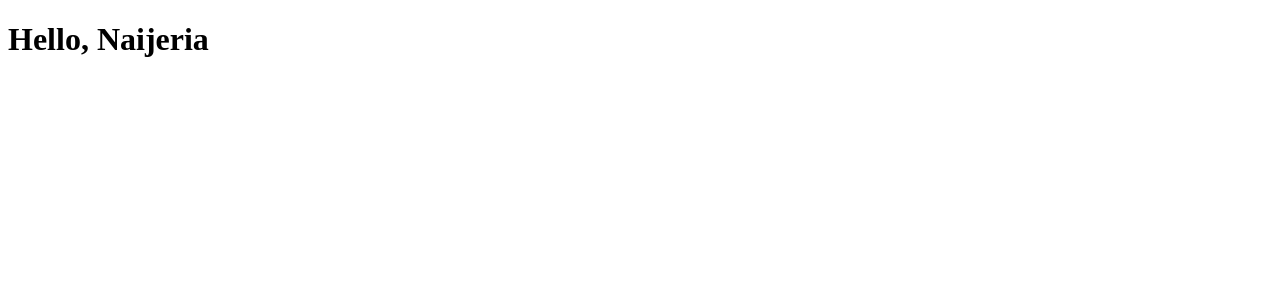
Repository: nashthecoder/vuebasics
Page: components-data.html
These files come from the project's save history. The page is drawn as it stood at one moment and after the next save; the edit follows.
The browser window is 1280 px wide. The pictures show the whole page.

Above is the page before, as saved 2021-01-06 10:57:52.

After the next save:
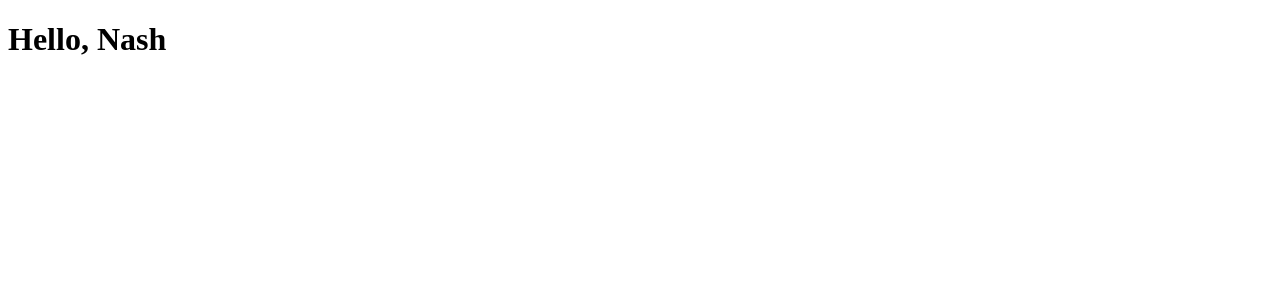
Saved 16 s later.
--- a/components-data.html
+++ b/components-data.html
@@ -21,7 +21,7 @@
     `,
    data() {
     return {
-        message: 'Hello, Naijeria',
+        message: 'Hello, Nash',
     }
    },
 
